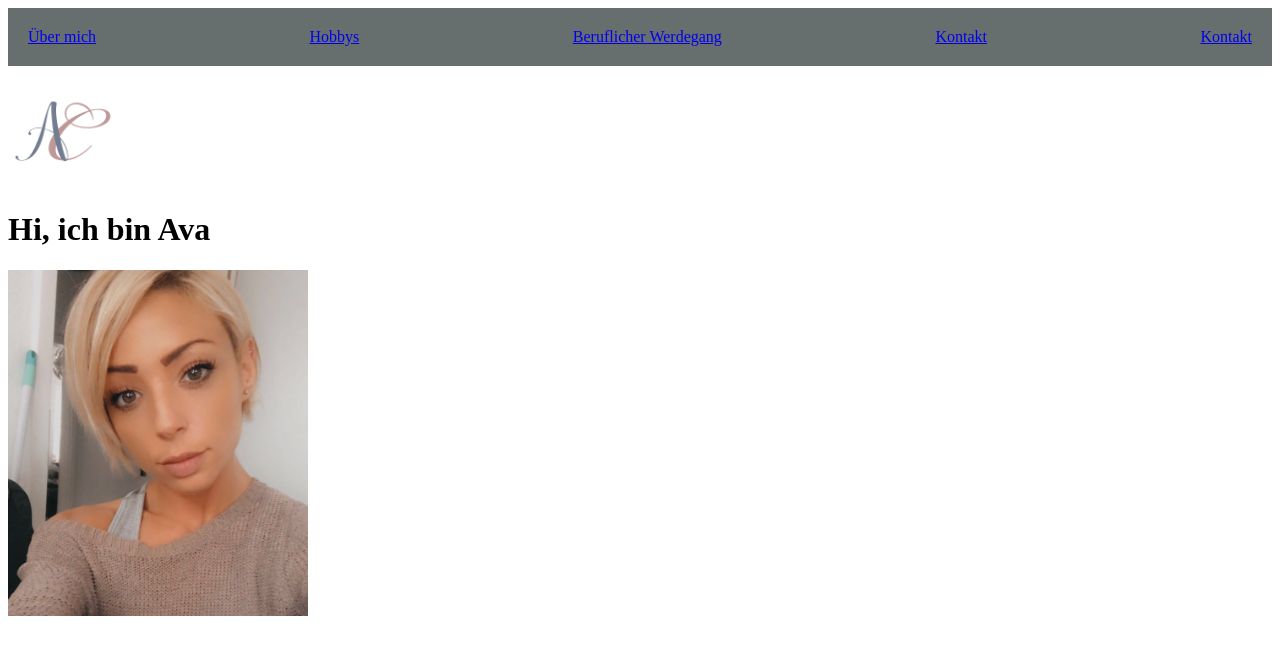
Repository: Ava-VictoriaCrivello/website
Page: index.html
These files come from the project's save history. The page is drawn as it stood at one moment and after the next save; the edit follows.
The browser window is 1280 px wide. The pictures show the whole page.
Some web fonts or font styles are not loaded; a fallback is used.

Above is the page before, as saved 2022-05-29 12:27:47.

After the next save:
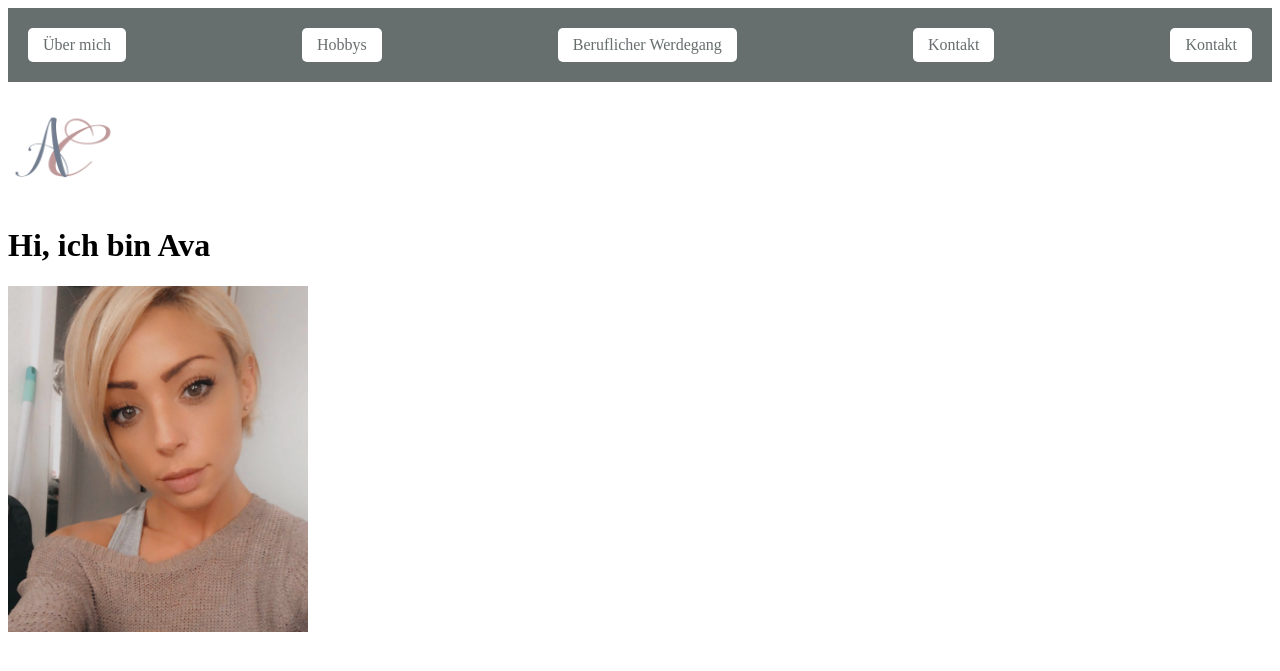
Saved 27 min 41 s later.
--- a/style.css
+++ b/style.css
@@ -5,3 +5,11 @@ nav {
   display: flex;
   justify-content: space-between;
 }
+
+.button {
+  background-color: white;
+  color: rgb(103, 110, 110);
+  padding: 8px 15px;
+  border-radius: 5px;
+  text-decoration: none;
+}
